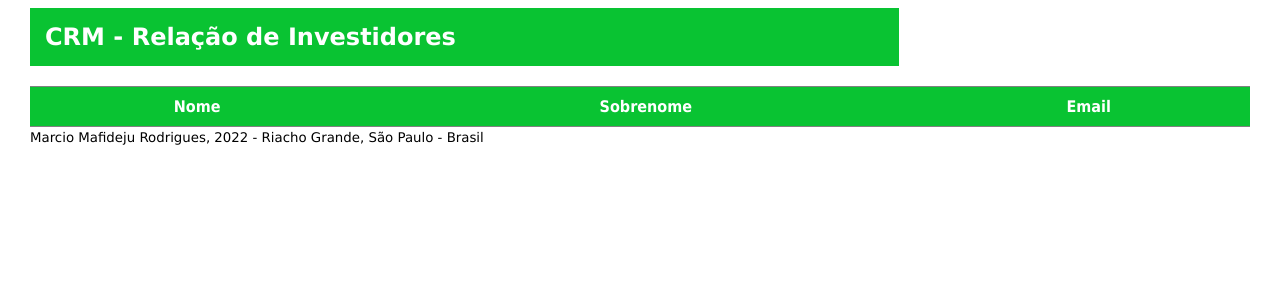
Repository: mafideju/CustomerTracker
Page: http://localhost/web-customer-tracker/WEB-INF/view/list-customers.jsp
These files come from the project's save history. The page is drawn as it stood at one moment and after the next save; the edit follows.
The browser window is 1280 px wide. The pictures show the whole page.
The page is served by Tomcat 9. Nobody is signed in. The template is opened directly, without the code that normally fills it, so the values that code supplies are empty.

Above is the page before, as saved 2022-01-21 21:15:09.

After the next save:
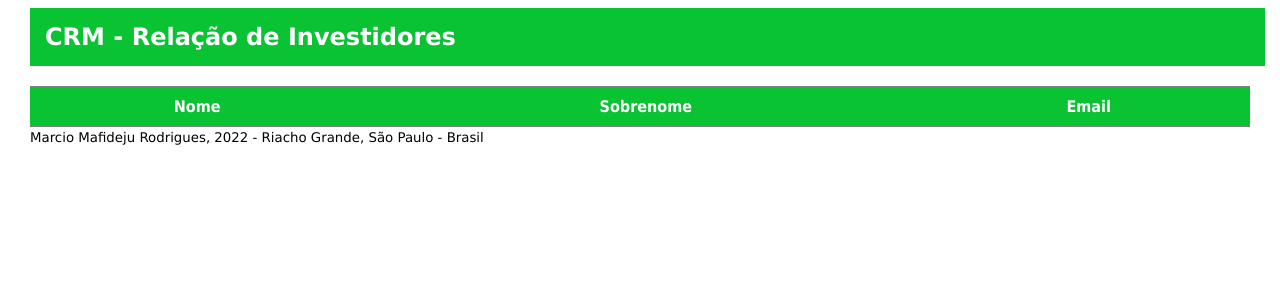
Saved 27 s later.
--- a/web-customer-tracker/WebContent/resources/css/style.css
+++ b/web-customer-tracker/WebContent/resources/css/style.css
@@ -27,7 +27,7 @@ tr:nth-child(even) {background: rgb(222, 221, 218)}
 tr:nth-child(odd) {background: #BBBBBB}
 
 #wrapper {width: 100%; margin-top: 0px; }
-#header {width: 70%; background: #09c332; margin-top: 0px; padding:15px 0px 15px 15px;}
+#header {width: 100%; background: #09c332; margin-top: 0px; padding:15px 0px 15px 15px;}
 #header h2 {width: 100%; margin:auto; color: #FFFFFF;}
 #container {width: 100%; margin:auto}
 #container h3 {color: #000;}
